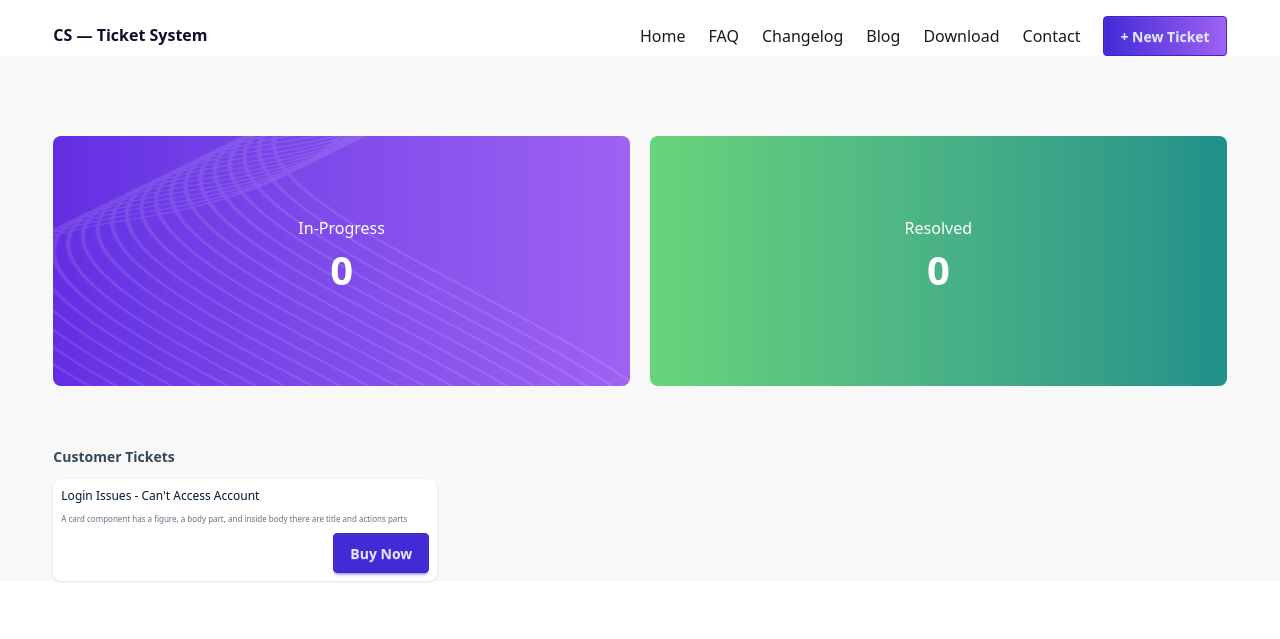
Repository: SanjidaSnigdha/Customer-Support-Zone
Page: /
The author's editor kept a copy of each file at every save. The page is drawn from the files as they stood at one save, then again after the next save.
The browser window is 1280 px wide. The pictures show the whole page.
The project was rebuilt for these pictures with package versions that can differ from the ones it lists, and the page was loaded fresh each time. Also part of the build but not shown: vite.config.js, src/App.css.

Above is the page before, as saved 2026-03-24 03:28:35.

### index.html
<!doctype html>
<html lang="en">
  <head>
    <meta charset="UTF-8" />
    <link rel="icon" type="image/svg+xml" href="/favicon.svg" />
    <meta name="viewport" content="width=device-width, initial-scale=1.0" />
    <title>customer-support-zone</title>
  </head>
  <body>
    <div id="root"></div>
    <script type="module" src="/src/main.jsx"></script>
  </body>
</html>

### src/index.css
 @import "tailwindcss";
 @plugin "daisyui" {
  themes: light --default, dark --prefersdark;
  themes: light --default;
 }

### src/App.jsx
import { Suspense, useState } from 'react'
import './App.css'
import Navbar from './component/Navbar/Navbar'
import Banner from './component/Banner/Banner'
import CustomerTickets from './component/CustomerTickets/CustomerTickets'

const fetchTickets = async()=>{
  const res = await fetch("/customers.json")
  return res.json()
}

function App() {
  const customerPromise = fetchTickets()

  return (
    <>
    <div className='flex flex-col'>
   <Navbar></Navbar>
   <div className='flex-1 bg-base-200'>
    <Banner></Banner>
    <Suspense fallback={<span className="loading loading-spinner loading-xl"></span>
}>
          <CustomerTickets customerPromise={customerPromise}></CustomerTickets>

    </Suspense>
   </div>
   </div>

    </>
  )
}

export default App

### src/component/Navbar/Navbar.jsx
import React from 'react';

const Navbar = () => {
    return (
        <div className='flex justify-between w-11/12 mx-auto mt-4'>
            <div className='navbar-start'>
                <h1 className='w-[833px] h-[26px] font-bold text-[#130B2D]'>CS — Ticket System</h1>
            </div>
            <div className='navbar-end justify-between gap-3 text-[#000000]/90'>
                <a>Home</a>
                <a>FAQ</a>
                <a>Changelog</a>
                <a>Blog</a>
                <a>Download</a>
                <a>Contact</a>
         <button className='btn btn-primary bg-gradient-to-r from [#632EE3] to-[#9F62F2]'>+ New Ticket</button>
            </div>
        </div>
    );
};

export default Navbar;

### src/component/Banner/Banner.jsx
import React from 'react';
import vectorImg1 from '../../assets/vector1.png'
import vectorImg2 from '../../assets/vector2.png'

const Banner = () => {
    return (
        <div className='flex justify-between w-11/12 mx-auto mt-20 gap-5'>
            <div className='relative'>
             <img src={vectorImg1} alt="" className=' bg-gradient-to-r from-[#632EE3] to-[#9F62F2] w-[700px] h-[250px] rounded-[8px]'/>
             <p className='absolute text-center inset-20 text-[#FFFFFF]'>In-Progress<br /><span className='font-bold text-[#FFFFFF] text-[40px]'>
                0</span></p>

            </div>
            <div className='relative'>
      <img src={vectorImg2} alt="" className='bg-gradient-to-r from-[#54CF68] to-[#00827A] w-[700px] h-[250px] rounded-[8px]'/>
        <p className='absolute text-center inset-20 text-[#FFFFFF]'>Resolved<br /><span className='font-bold text-[#FFFFFF] text-[40px]'>
                0</span></p>

            </div>
        </div>
    );
};

export default Banner;

### src/component/CustomerTickets/CustomerTickets.jsx
import React, { use } from 'react';
const CustomerTickets = ({customerPromise}) => {
    const customerTicket = use(customerPromise)
    console.log(customerTicket)
    return (
        <div className='w-11/12 mx-auto'>
        <h1 className='font-semibold text-[#34485A] text-[14px] mt-15'>Customer Tickets</h1>

       <div className="card w-96 bg-base-100 card-xs shadow-sm mt-3">
  <div className="card-body">
    <h2 className="card-title text-[#001931] font-medium text-[12px]">Login Issues - Can't Access Account</h2>
    <p className='text-[#627382] text-[8px]'>A card component has a figure, a body part, and inside body there are title and actions parts</p>
    <div className="justify-end card-actions">
      <button className="btn btn-primary">Buy Now</button>
    </div>
  </div>
</div>
        </div>
    );
};

export default CustomerTickets;

### public/customers.json
[
  {
    "id": 1,
    "title": "Login Issue",
    "description": "Customer unable to login with correct credentials.",
    "customer": "Alice Johnson",
    "priority": "High",
    "status": "Open",
    "createdAt": "2026-03-20T10:15:00Z"
  },
  {
    "id": 2,
    "title": "Payment Failure",
    "description": "Transaction failed while trying to purchase subscription.",
    "customer": "Bob Smith",
    "priority": "High",
    "status": "Pending",
    "createdAt": "2026-03-21T14:22:00Z"
  },
  {
    "id": 3,
    "title": "Feature Request",
    "description": "Request to add dark mode in dashboard.",
    "customer": "Charlie Brown",
    "priority": "Medium",
    "status": "Open",
    "createdAt": "2026-03-22T09:30:00Z"
  },
  {
    "id": 4,
    "title": "Bug in Reports",
    "description": "Monthly report shows incorrect sales numbers.",
    "customer": "Diana Prince",
    "priority": "High",
    "status": "In Progress",
    "createdAt": "2026-03-22T11:45:00Z"
  },
  {
    "id": 5,
    "title": "Password Reset",
    "description": "Customer forgot password and cannot reset it via email.",
    "customer": "Ethan Hunt",
    "priority": "Medium",
    "status": "Resolved",
    "createdAt": "2026-03-23T08:10:00Z"
  },
  {
    "id": 6,
    "title": "Account Deactivation",
    "description": "Customer wants to deactivate account permanently.",
    "customer": "Fiona Gallagher",
    "priority": "Low",
    "status": "Pending",
    "createdAt": "2026-03-23T12:05:00Z"
  },
  {
    "id": 7,
    "title": "App Crash",
    "description": "Mobile app crashes when opening settings page.",
    "customer": "George Martin",
    "priority": "High",
    "status": "Open",
    "createdAt": "2026-03-24T07:50:00Z"
  },
  {
    "id": 8,
    "title": "Invoice Issue",
    "description": "Invoice generated shows wrong billing amount.",
    "customer": "Hannah Lee",
    "priority": "Medium",
    "status": "In Progress",
    "createdAt": "2026-03-24T09:30:00Z"
  },
  {
    "id": 9,
    "title": "Email Notifications",
    "description": "Customer not receiving notification emails.",
    "customer": "Ian Curtis",
    "priority": "Medium",
    "status": "Open",
    "createdAt": "2026-03-24T10:00:00Z"
  },
  {
    "id": 10,
    "title": "Data Export",
    "description": "Unable to export CSV from analytics dashboard.",
    "customer": "Jessica Alba",
    "priority": "Low",
    "status": "Resolved",
    "createdAt": "2026-03-24T11:15:00Z"
  }
]

Loaded but not shown: src/main.jsx (common file)

After the next save:
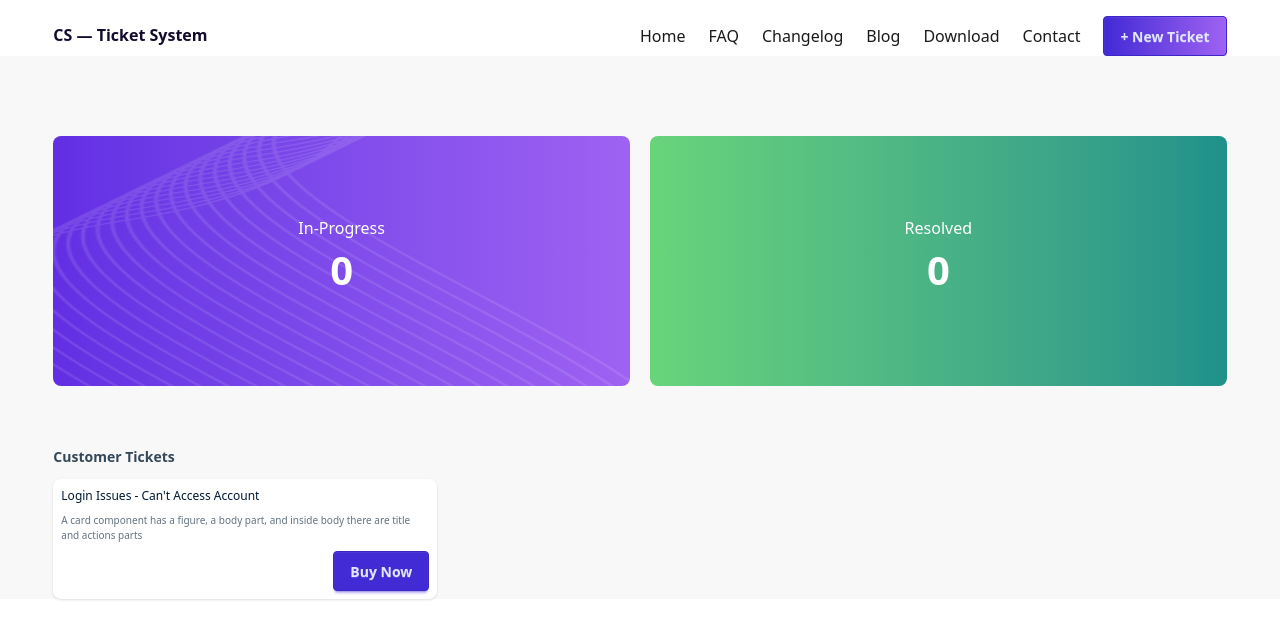
Saved 8 s later.
--- a/src/component/CustomerTickets/CustomerTickets.jsx
+++ b/src/component/CustomerTickets/CustomerTickets.jsx
@@ -9,7 +9,7 @@ const CustomerTickets = ({customerPromise}) => {
        <div className="card w-96 bg-base-100 card-xs shadow-sm mt-3">
   <div className="card-body">
     <h2 className="card-title text-[#001931] font-medium text-[12px]">Login Issues - Can't Access Account</h2>
-    <p className='text-[#627382] text-[8px]'>A card component has a figure, a body part, and inside body there are title and actions parts</p>
+    <p className='text-[#627382] text-[10px]'>A card component has a figure, a body part, and inside body there are title and actions parts</p>
     <div className="justify-end card-actions">
       <button className="btn btn-primary">Buy Now</button>
     </div>
